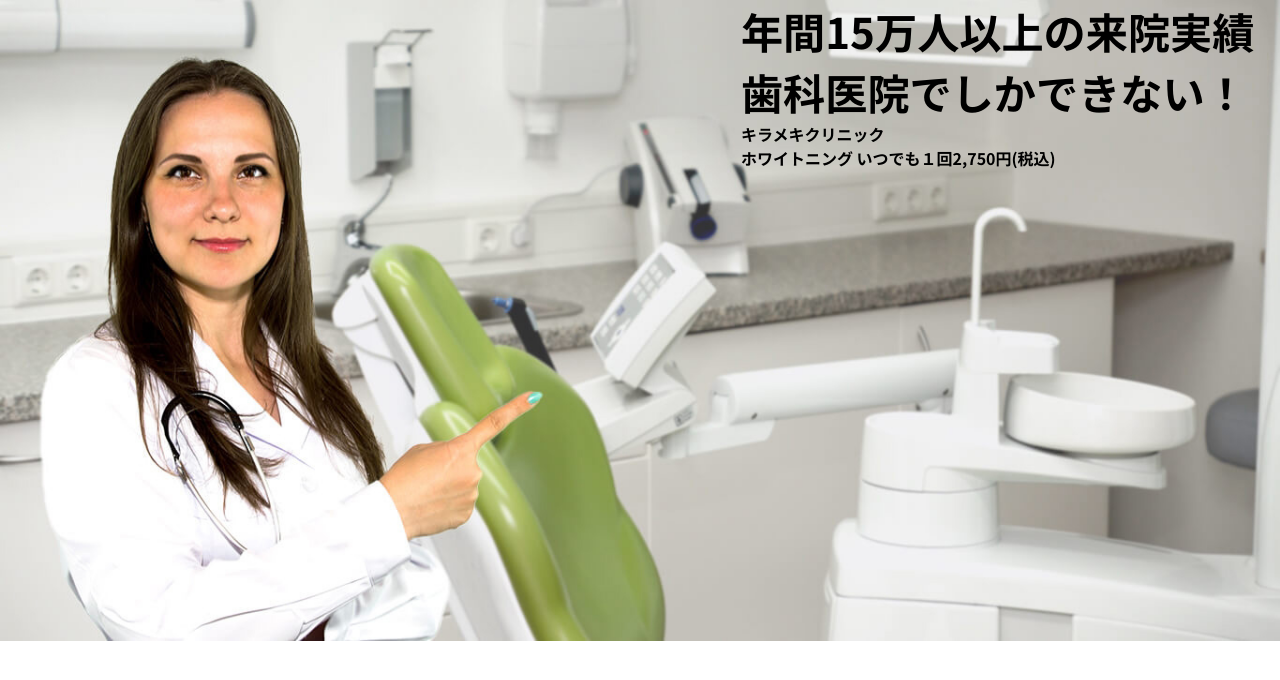
Repository: ryu-nuno/tech_academy_subwork
Page: first/index.html
The author's editor kept a record of every edit. The page is drawn from the files as they stood at one moment, then again after the next edit.
The browser window is 1280 px wide. The pictures show the whole page.
Some web libraries are served in a nearby version.

Above is the page before.

### first/index.html
<!DOCTYPE html>
<html lang="ja">

  <head>
    <title>first</title>
  <meta charset="utf-8">
  <meta name="description" content="kirameki clinic">
  <meta name="viewport" content="width=device-width, initial-scale=1">
  <meta property="og:site_name" content="キラメキクリニック｜歯科医院でホワイトニング" />
  <meta property="og:title" content="キラメキクリニック｜歯科医院でホワイトニング">
  <meta property="og:description" content="キラメキクリニックは、年間15万人以上の来院実績がある歯科医院です。有資格者によるプロの施術を1回2,750円〜で手軽にホワイトニングができます。ホワイトニングをしてみたい方はお問い合わせの上ぜひご来院ください！">
  <meta property="og:type" content="article">
  <meta property="og:url" content="https://demo.techacademy.jp/sidejob-selfstudy1/">
  <meta property="og:image" content="https://demo.techacademy.jp/sidejob-selfstudy1/images/main_pc.jpg">
  <meta property="og:locale" content="ja_JP">
  <link rel="stylesheet" href="assets/ress/ress.min.css">
  <link rel="stylesheet" href="css/style.css">
  <script src="https://kit.fontawesome.com/ab2670e4fc.js" crossorigin="anonymous"></script>
  </head>

  <body>
    <header>
      <div class="container">
        <div class="contents-width">
          <div class="wrapper">
          <h1>
          <span>年間15万人以上の来院実績</span><br>
          <span>歯科医院でしかできない！</span><br>
          </h1>
          <p>キラメキクリニック</p>
          <span>ホワイトニング</span>
          <span>いつでも１回2,750円(税込)</span>
          </div>
        </div>
      </div>
    </header>
  </body>

### first/assets/ress/ress.min.css
/*!
 * ress.css • v4.0.0
 * MIT License
 * github.com/filipelinhares/ress
 */html{box-sizing:border-box;-webkit-text-size-adjust:100%;word-break:normal;-moz-tab-size:4;tab-size:4}*,:after,:before{background-repeat:no-repeat;box-sizing:inherit}:after,:before{text-decoration:inherit;vertical-align:inherit}*{padding:0;margin:0}hr{overflow:visible;height:0;color:inherit}details,main{display:block}summary{display:list-item}small{font-size:80%}[hidden]{display:none}abbr[title]{border-bottom:none;text-decoration:underline;text-decoration:underline dotted}a{background-color:transparent}a:active,a:hover{outline-width:0}code,kbd,pre,samp{font-family:monospace,monospace}pre{font-size:1em}b,strong{font-weight:bolder}sub,sup{font-size:75%;line-height:0;position:relative;vertical-align:baseline}sub{bottom:-.25em}sup{top:-.5em}table{border-color:inherit;text-indent:0}input{border-radius:0}[disabled]{cursor:default}[type=number]::-webkit-inner-spin-button,[type=number]::-webkit-outer-spin-button{height:auto}[type=search]{-webkit-appearance:textfield;outline-offset:-2px}[type=search]::-webkit-search-decoration{-webkit-appearance:none}textarea{overflow:auto;resize:vertical}button,input,optgroup,select,textarea{font:inherit}optgroup{font-weight:700}button{overflow:visible}button,select{text-transform:none}[role=button],[type=button],[type=reset],[type=submit],button{cursor:pointer;color:inherit}[type=button]::-moz-focus-inner,[type=reset]::-moz-focus-inner,[type=submit]::-moz-focus-inner,button::-moz-focus-inner{border-style:none;padding:0}[type=button]::-moz-focus-inner,[type=reset]::-moz-focus-inner,[type=submit]::-moz-focus-inner,button:-moz-focusring{outline:1px dotted ButtonText}[type=reset],[type=submit],button,html [type=button]{-webkit-appearance:button}button,input,select,textarea{background-color:transparent;border-style:none}a:focus,button:focus,input:focus,select:focus,textarea:focus{outline-width:0}select{-moz-appearance:none;-webkit-appearance:none}select::-ms-expand{display:none}select::-ms-value{color:currentColor}legend{border:0;color:inherit;display:table;white-space:normal;max-width:100%}::-webkit-file-upload-button{-webkit-appearance:button;color:inherit;font:inherit}img{border-style:none}progress{vertical-align:baseline}[aria-busy=true]{cursor:progress}[aria-controls]{cursor:pointer}[aria-disabled=true]{cursor:default}

### first/css/style.css
@charset "UTF-8"; /* 文字コードの指定 */
@import url('https://fonts.googleapis.com/css2?family=Noto+Sans+JP:wght@400;700;900&display=swap');
@import url('https://fonts.googleapis.com/css2?family=Noto+Serif+JP:wght@400;700&display=swap');


body {
    font-family: 'Noto Sans JP',sans-serif;
    font-weight: 900;
    color: #000000;
}

header{
  background-image: url(../img/main_pc.jpg);
  height: 50.073vw;
  width: 100%;
  background-size: cover;

}

.container{

  padding: 0 1.6rem;

}

.contents-width{
  display: flex;
  justify-content: flex-end;
  height: 100%;
  align-items:center;
}

.wrapper{
  max-width: 55.5rem;
}

.wrapper span{
  display: inline-block;
}

.wrapper h1{
  font-size: 3.294vw;
}

After the next edit:
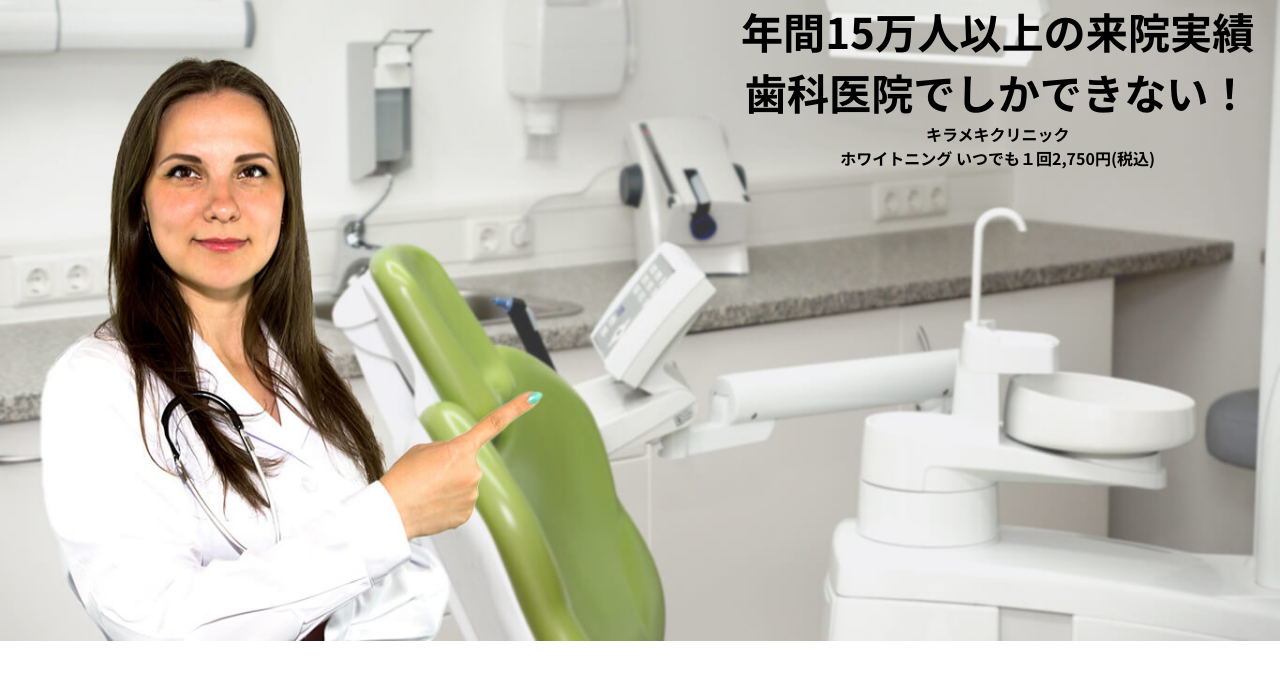
The edit:
--- a/first/css/style.css
+++ b/first/css/style.css
@@ -32,6 +32,8 @@
 
 .wrapper{
   max-width: 55.5rem;
+  text-align:center;
+  height:100%;
 }
 
 .wrapper span{
